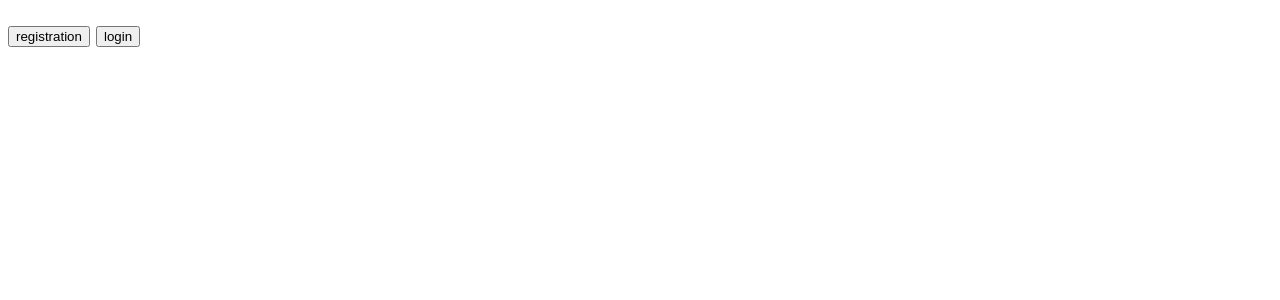
Repository: mhaskenita/Web_Base_Java
Page: Flight_Reservation_Management/src/main/webapp/index.html
The author's editor kept a copy of each file at every save. The page is drawn from the files as they stood at one save, then again after the next save.
The browser window is 1280 px wide. The pictures show the whole page.

Above is the page before, as saved 2025-04-22 02:43:19.

After the next save:
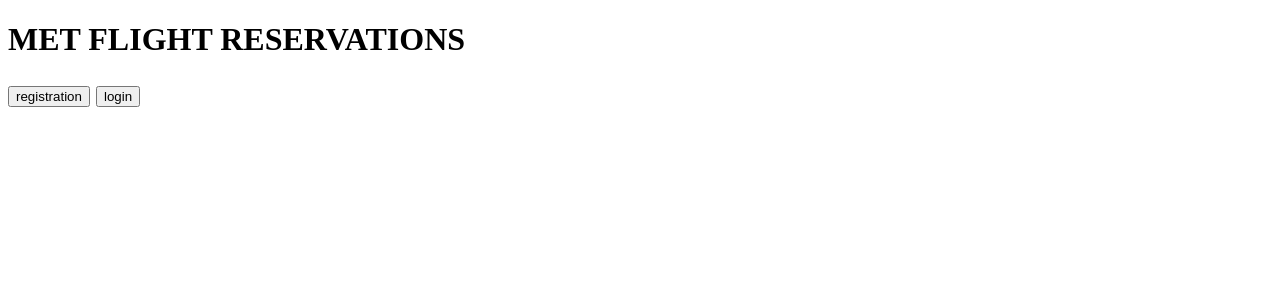
Saved 44 s later.
--- a/Flight_Reservation_Management/src/main/webapp/index.html
+++ b/Flight_Reservation_Management/src/main/webapp/index.html
@@ -5,6 +5,7 @@
 <title>🙏🙏WELCOME TO FLIGHT MANAGEMENT🙏🙏</title>
 </head>
 <body>
+<h1> MET FLIGHT RESERVATIONS</h1>
 <h2>
 <a href="registration.jsp"> <button>registration</button></a>
 <a href="login.jsp"> <button>login</button></a>
